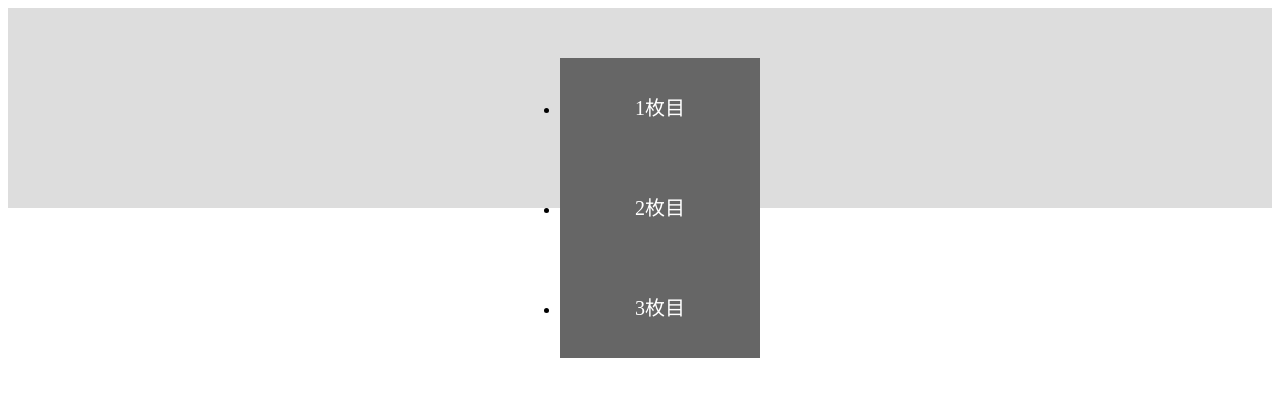
Repository: 92hisa/js-slideshow
Page: index.html
The author's editor kept a record of every edit. The page is drawn from the files as they stood at one moment, then again after the next edit.
The browser window is 1280 px wide. The pictures show the whole page.

Above is the page before.

After the next edit:
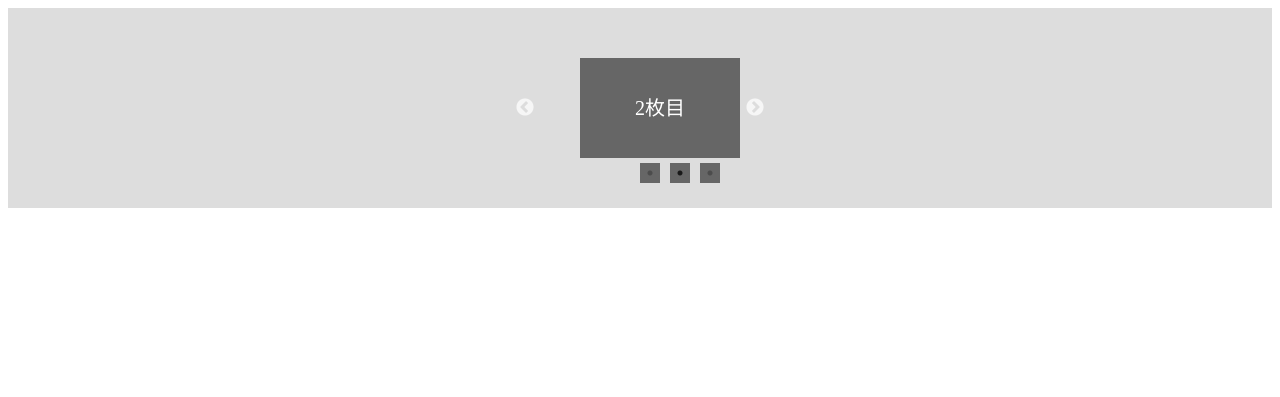
The edit:
--- a/index.html
+++ b/index.html
@@ -19,10 +19,6 @@
     </div>
     <script src="https://ajax.googleapis.com/ajax/libs/jquery/3.5.1/jquery.min.js"></script>
     <script type="text/javascript" src="slick/slick.min.js"></script>
-    <script>
-    $(document).ready(function(){
-      $('.carousel').slick();
-    });
-    </script>
+    <script src="main.js"></script>
 </body>
 </html>
